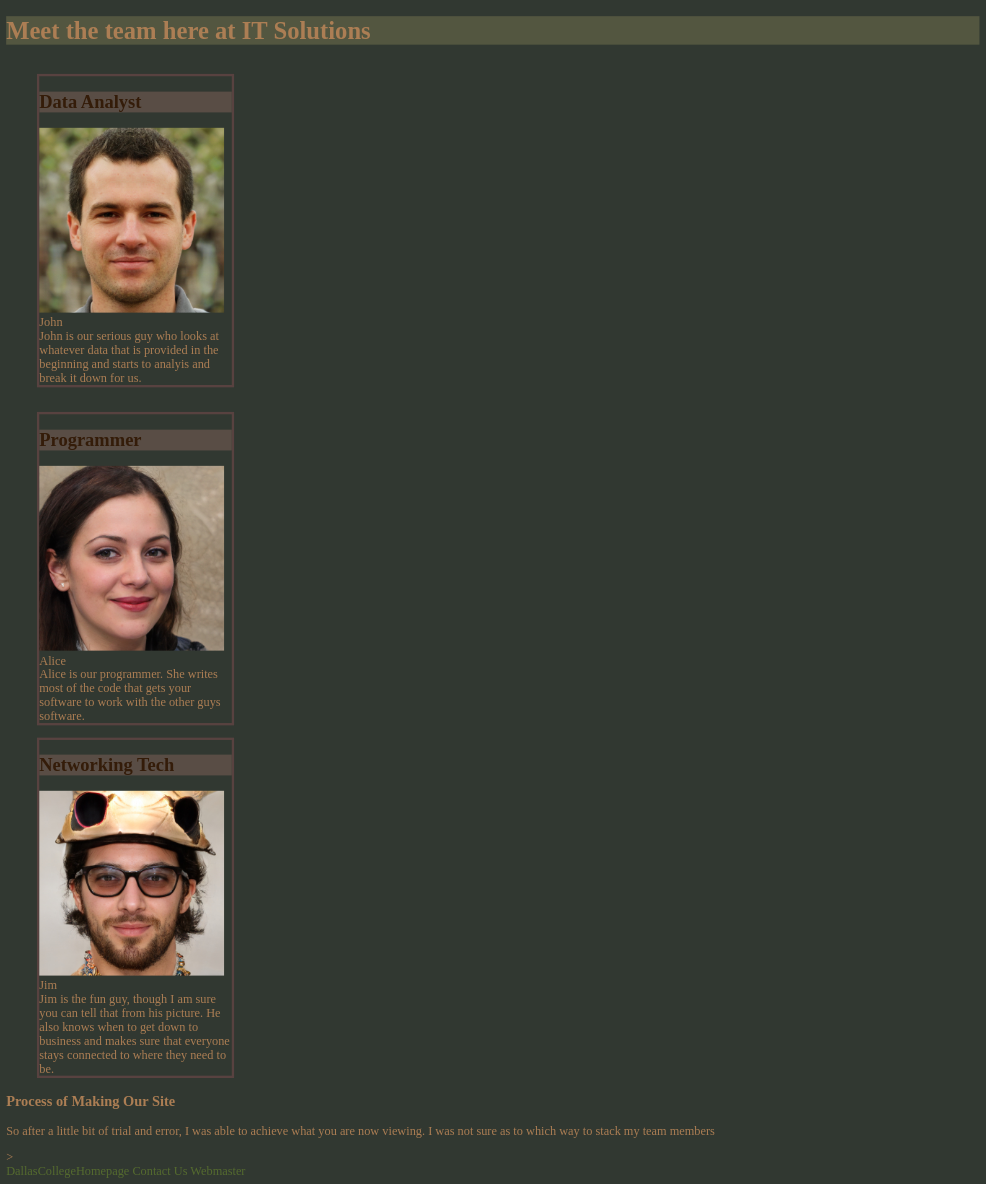
Repository: nsisk1/web-page-project
Page: team.html
An editor plug-in stored every save of this project. The page is shown before and after a run of saves, followed by the edit.
The browser window is 1280 px wide. The pictures show the whole page, at 77% of full size.

Above is the page before, as saved 2024-07-29 03:45:24.

### team.html
<!DOCTYPE html>
<html lang="en">
    <head>
        <link rel="stylesheet" href="css/layout.css">
        <link rel="stylesheet" href="css/style.css">
        <title>
            My Team Members
        </title>
    </head>
    <body>
        <h1>Meet the team here at IT Solutions</h1>
        <section class="row">
            <figure class="column">
                <h2>Data Analyst</h2>
                <img src="images/Face1.jpeg" alt="John">
                <figcaption>John</figcaption>
                John is our serious guy who looks at whatever data that is provided in the beginning and starts to analyis
            and break it down for us.
            </figure>
        </section>
        <section>
            <figure class="column">
                <h2>Programmer</h2>
                <img src="images/Face2.jpeg" alt="Alice">
                <figcaption>Alice</figcaption>
                Alice is our programmer. She writes most of the code that gets your software to work with the other guys
        software.
            </figure>
            <figure class="column">
                <h2>Networking Tech</h2>
                <img src="images/Face3.jpeg" alt="Jim">
                <figcaption>Jim</figcaption>
                Jim is the fun guy, though I am sure you can tell that from his picture. He also knows when to get down to
        business and makes sure that everyone stays connected to where they need to be.
            </figure>
        </section>
        <section>
            <h3>Process of Making Our Site</h3>
<p>
    So after a little bit of trial and error, I was able to achieve what you are now viewing. I was not sure as to which way to stack my team members
</p>>        </section>
        <footer position="absolute">
            <a href="https://www.dallascollege.edu" target="blank">DallasCollegeHomepage</a>
            <a href="contact-us.html" target="blank">
                Contact Us
            </a>
            <a href="mailto:nsisk1@student.dallascollege.edu">Webmaster</a>
        </footer>
    </body>
</html>

### css/layout.css
.topnav {
    background-color: #867768;
    overflow: hidden;
}

.topnav a {
    float: left;
    color: #64674a;
    text-align: center;
    padding: 14px 16px;
    text-decoration: none;
    font-size: 17px;
}

.topnav a:hover {
    background-color: #584240;
    color: black;
}

.topnav a.active {
    background-color: #64674a;
    color: #3f4129;
}

.image {
    box-sizing: content-box;
    padding: 5px;
    margin: 5px;
    float: left;
    height: auto;
    width: auto;
    display: block;
    clear: both;
}

.art {
    box-sizing: border-box;
    height: 400px;
    width: auto;
    margin: 15px;
    clear: both;
}

article:nth-child(even)>figure {
    float: right;
}



.row {
    display: flex;
    flex-direction: row;
    justify-content: flex-start;
    align-items: flex-start;
    align-content: flex-start;
}

.column {
    flex: 0 1 auto;
    width: 250px;
    border: #584240 solid;
    align-self: auto;
}
.column>img {
    width: 240px;
}

### css/style.css
body {
    background-color: #313831;
    color: #ac7e54
}

h1 {
    background-color: #535640;
    color: #ac7e54;
}

h2 {
    background-color: #594d45;
    color: #341c09;


    form {
        width: 250px;
        text-align: center;
    }
}

footer {
    color: blue;

}

a:link {
    color: darkolivegreen;
    background-color: transparent;
    text-decoration: none;
}

a:visited {
    color: #655949;
    background-color: transparent;
    text-decoration: none;
}

a:hover {
    color: #5c5c5b;
    background-color: transparent;
    text-decoration: underline;
}

a:active {
    color: #5c5c5b;
    background-color: transparent;
    text-decoration: underline;
}

After the next 4 saves:
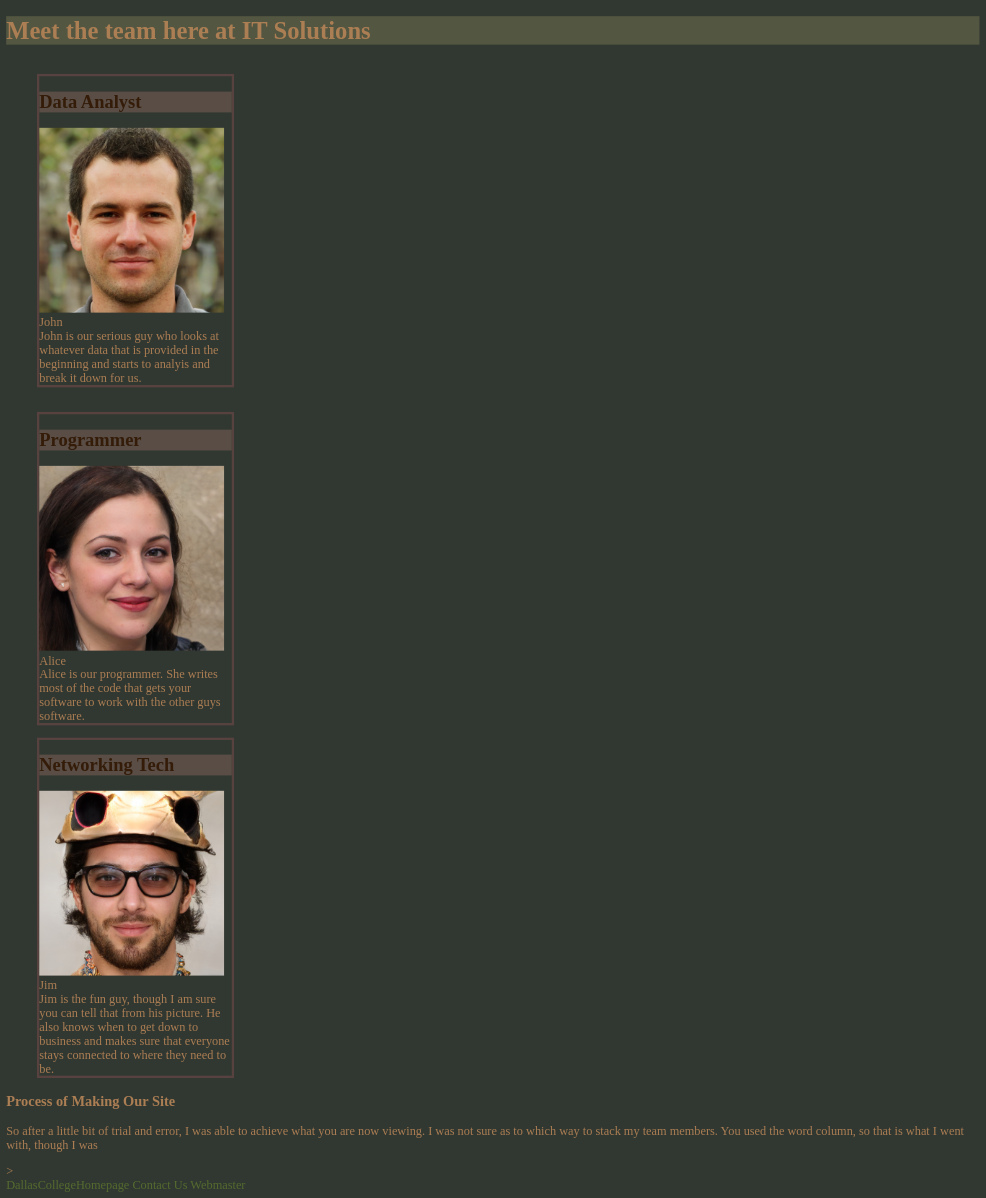
The 4 saves are shown as one change because they came seconds apart.
The last was saved 25 s later.
--- a/team.html
+++ b/team.html
@@ -37,7 +37,7 @@
         <section>
             <h3>Process of Making Our Site</h3>
 <p>
-    So after a little bit of trial and error, I was able to achieve what you are now viewing. I was not sure as to which way to stack my team members
+    So after a little bit of trial and error, I was able to achieve what you are now viewing. I was not sure as to which way to stack my team members. You used the word column, so that is what I went with, though I was
 </p>>        </section>
         <footer position="absolute">
             <a href="https://www.dallascollege.edu" target="blank">DallasCollegeHomepage</a>
